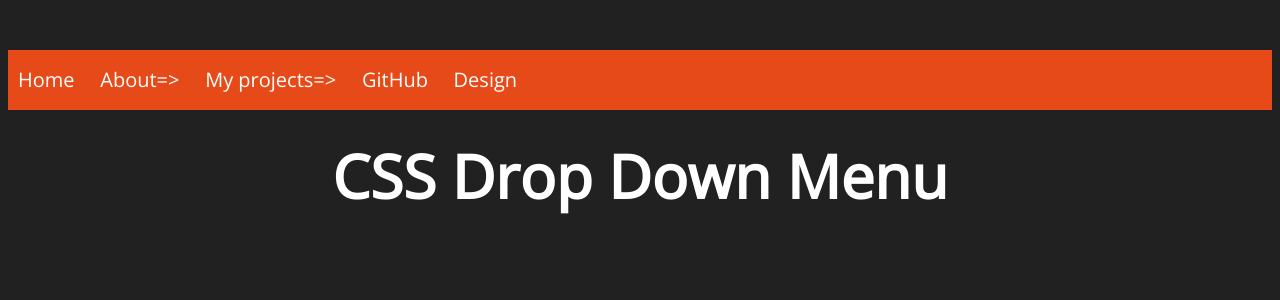
Repository: alikahwaji/HTML-CSS-workshop
Page: index.html
These files come from the project's save history. The page is drawn as it stood at one moment and after the next save; the edit follows.
The browser window is 1280 px wide. The pictures show the whole page.

Above is the page before, as saved 2020-03-22 12:25:34.

### index.html
<!DOCTYPE html>
    <head>
        <meta charset="utf-8">
        <meta http-equiv="X-UA-Compatible" content="IE=edge">
        <title></title>
        <meta name="description" content="">
        <meta name="viewport" content="width=device-width, initial-scale=1">
        <link rel="stylesheet" href="index.css">
    </head>
    <body>
        <div id="container">
            <nav>
                <ul>
                    <li><a href="#">Home</a></li>
                    <li><a href="#">About</a>
                        <!-- About dropdown list  -->
                        <ul>
                            <li><a href="#">More about us</a></li>
                            <li><a href="#">Contact</a></li>
                            <li><a href="#">Location</a></li>
                        </ul>
                    </li>
                    <li><a href="#">My projects</a>
                        <!-- My projects dropdown list -->
                        <ul>
                                <li><a href="#">More about us</a></li>
                                <li><a href="#">Contact</a></li>
                                <li><a href="#">Location</a>
                                    <ul>
                                            <li><a href="#">WEB503</a></li>
                                            <li><a href="#">WEB502</a></li>
                                            <li><a href="#">WEB601</a>
                                    </ul>
                                </li>
                        </ul>
                    </li>
                    <li><a href="#">GitHub</a></li>
                    <li><a href="#">Design</a></li>
                </ul>
            </nav>
            <h1>CSS Drop Down Menu</h1>
        </div>
    </body>
</html>

### index.css
@import url(https://fonts.googleapis.com/css?family=Open+Sans);
@import url(https://fonts.googleapis.com/css?family=Bree+Serif);

body{
    background: #212121;
    font-size: 22px;
    line-height: 32px;
    color: #ffffff;
    word-wrap: break-word !important;
    font-family: "Open Sans", sans-serif;
}

h1 {
    font-size: 60px;
    text-align: center;
    color: #fff;
}

a {
    color: #fff;
}

#container{
    margin: 0 auto;
}

nav {
    margin: 50px 0;
    background-color: #e64a19;
}

nav ul {
    padding: 0;
    margin: 0;
    list-style: none;
    position: relative;
}

nav ul li {
    display: inline-block;
    background-color: #e64a19;
}

nav a {
    display: block;
    padding: 0 10px;
    color: #fff;
    font-size: 20px;
    line-height: 60px;
    text-decoration: none;
}

nav a:hover{
    background-color: #000000;
}

nav ul ul {
    display: none;
    position: absolute;
    top: 60px;
}

nav ul li:hover > ul{
    display: inherit;
}

nav ul ul li {
    width: 170px;
    float: none;
    display: list-item;
    position: relative;
}

nav ul ul ul li {
    position: relative;
    top: -60px;
    left: 170px;
}

li > a:after {
    content: "=>";
}

li > a:only-child:after {
    content: "";
}

After the next save:
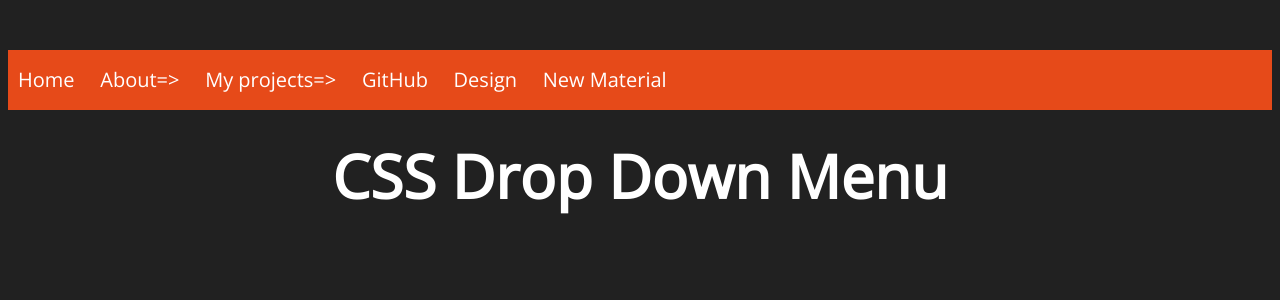
Saved 7 min 7 s later.
--- a/index.html
+++ b/index.html
@@ -36,6 +36,7 @@
                     </li>
                     <li><a href="#">GitHub</a></li>
                     <li><a href="#">Design</a></li>
+                    <li><a href="#">New Material</a></li>
                 </ul>
             </nav>
             <h1>CSS Drop Down Menu</h1>
